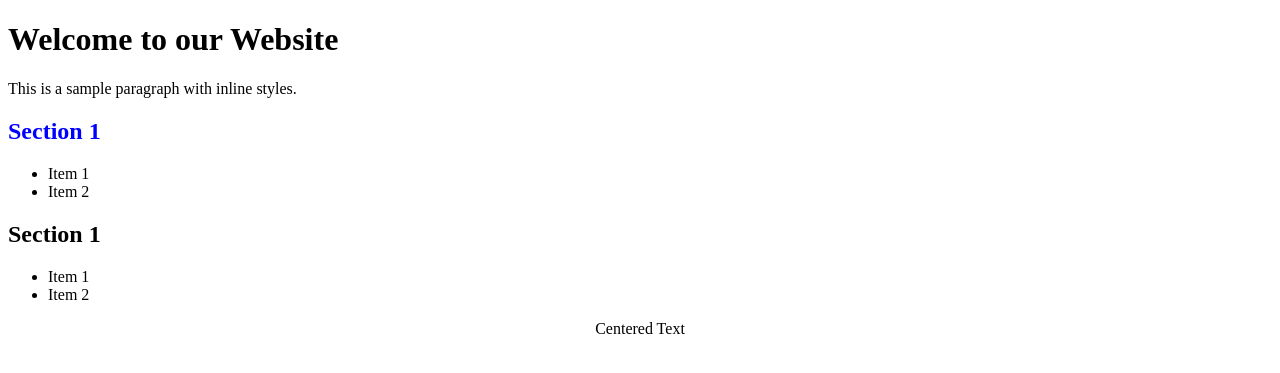
Repository: harshitanthal1/assignments_avisoft
Page: 31-01-2024/assignment_2/index.html
The author's editor kept a copy of each file at every save. The page is drawn from the files as they stood at one save, then again after the next save.
The browser window is 1280 px wide. The pictures show the whole page.

Above is the page before, as saved 2024-01-31 14:31:51.

After the next save:
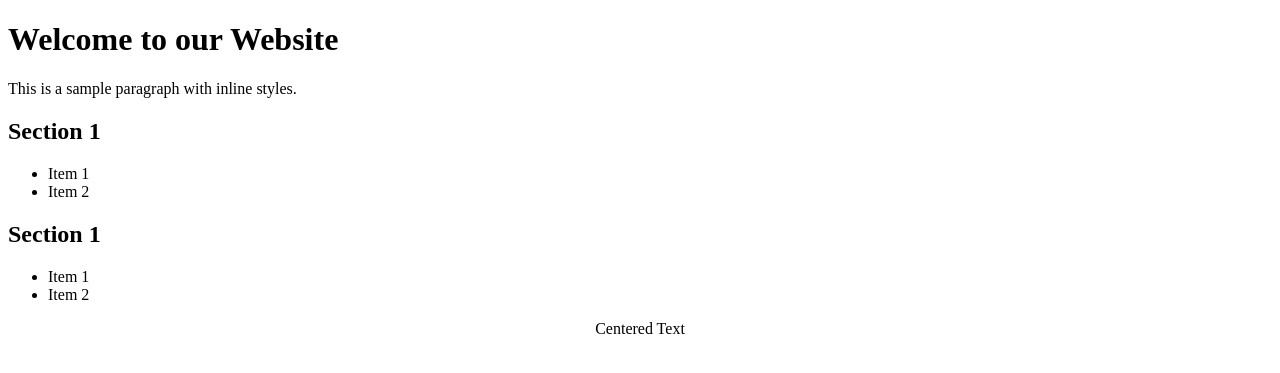
Saved 16 s later.
--- a/31-01-2024/assignment_2/index.html
+++ b/31-01-2024/assignment_2/index.html
@@ -8,7 +8,7 @@
     <h1>Welcome to our Website</h1>
     <p id="para1">This is a sample paragraph with inline styles.</p>
     <div id="sec1">
-        <h2 style="color: blue;">Section 1</h2>
+        <h2>Section 1</h2>
         <ul>
             <li class="point1">Item 1</li>
             <li class="point2">Item 2</li>
